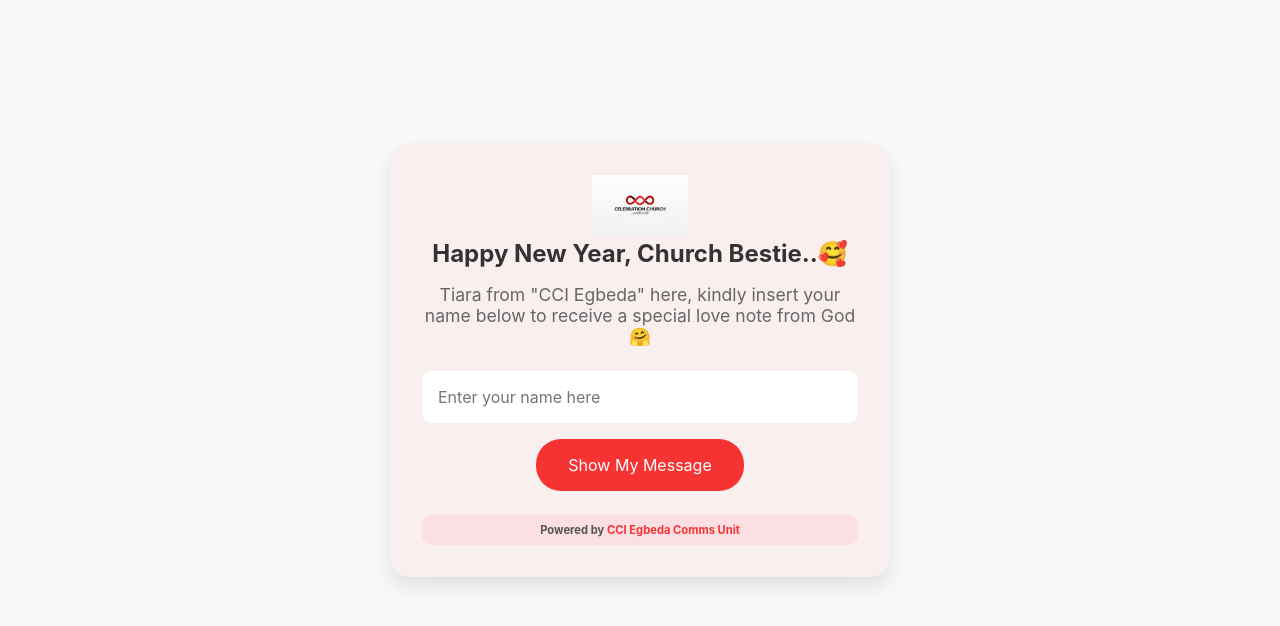
Repository: joelojieabu/biblicalWordsOfEncouragement
Page: index.html
These files come from the project's save history. The page is drawn as it stood at one moment and after the next save; the edit follows.
The browser window is 1280 px wide. The pictures show the whole page.

Above is the page before, as saved 2025-01-09 10:46:01.

After the next save:
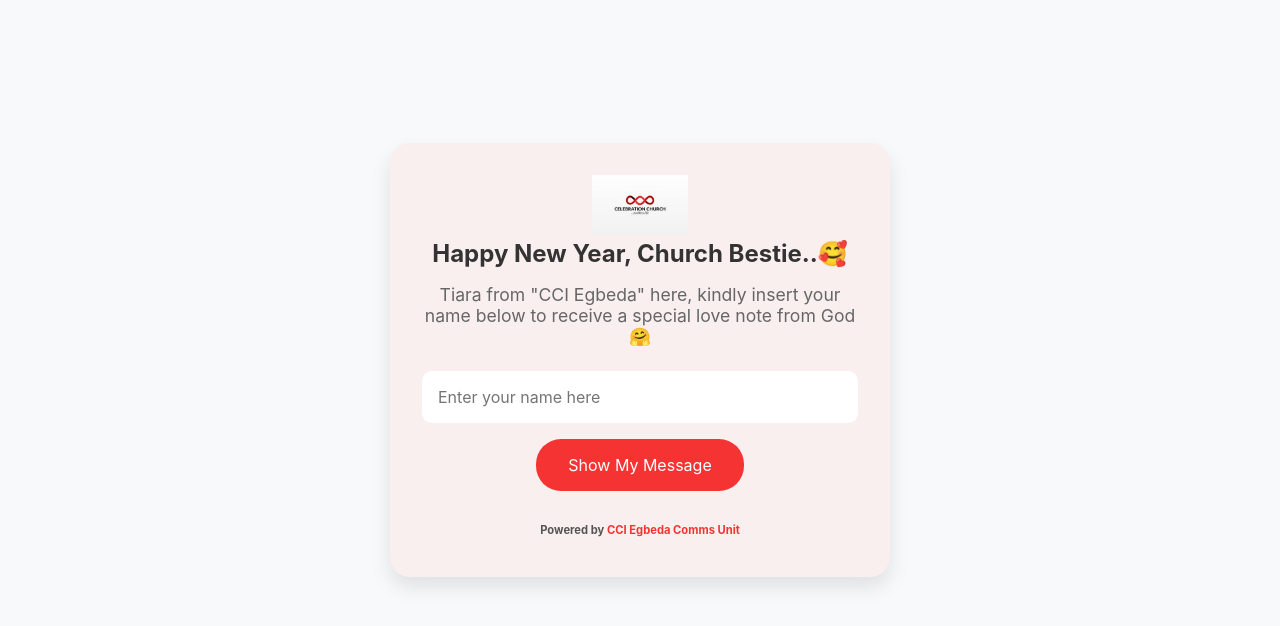
Saved 14 s later.
--- a/index.html
+++ b/index.html
@@ -106,7 +106,6 @@
         display: block;
         text-align: center;
         padding: 0.5rem;
-        background-color: rgba(255, 77, 109, 0.1);
         border-radius: 10px;
       }
     </style>
